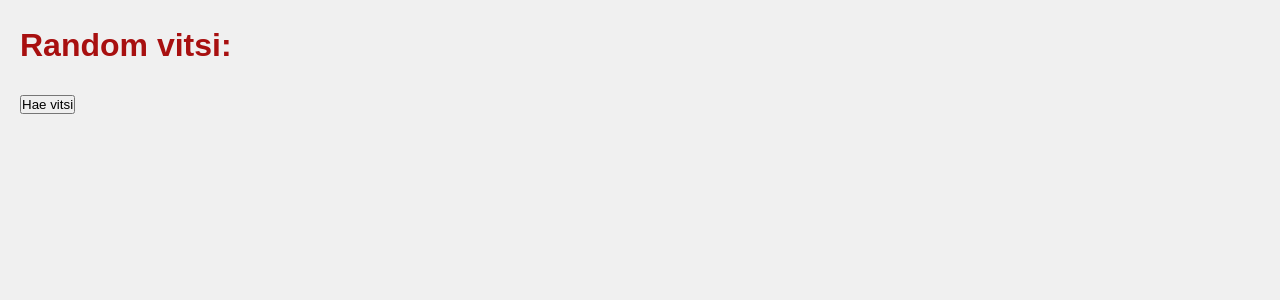
Repository: Javimetro/hyte-full-stack
Page: front/v4/index.html
These files come from the project's save history. The page is drawn as it stood at one moment and after the next save; the edit follows.
The browser window is 1280 px wide. The pictures show the whole page.

Above is the page before, as saved 2024-02-08 18:57:54.
Console error: SyntaxError: Unexpected end of input

After the next save:
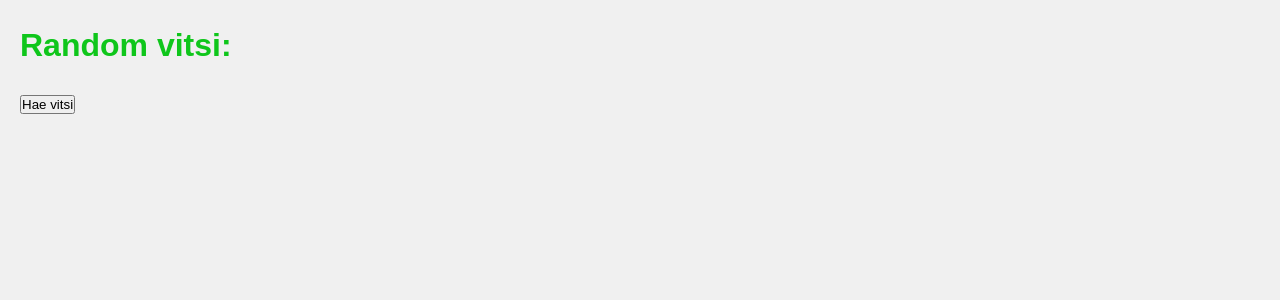
Saved 22 s later.
--- a/front/v4/style.css
+++ b/front/v4/style.css
@@ -14,7 +14,7 @@ body {
 }
 
 h1 {
-  color: #a81010;
+  color: #0fc61b;
   margin-bottom: 20px;
 }
 
